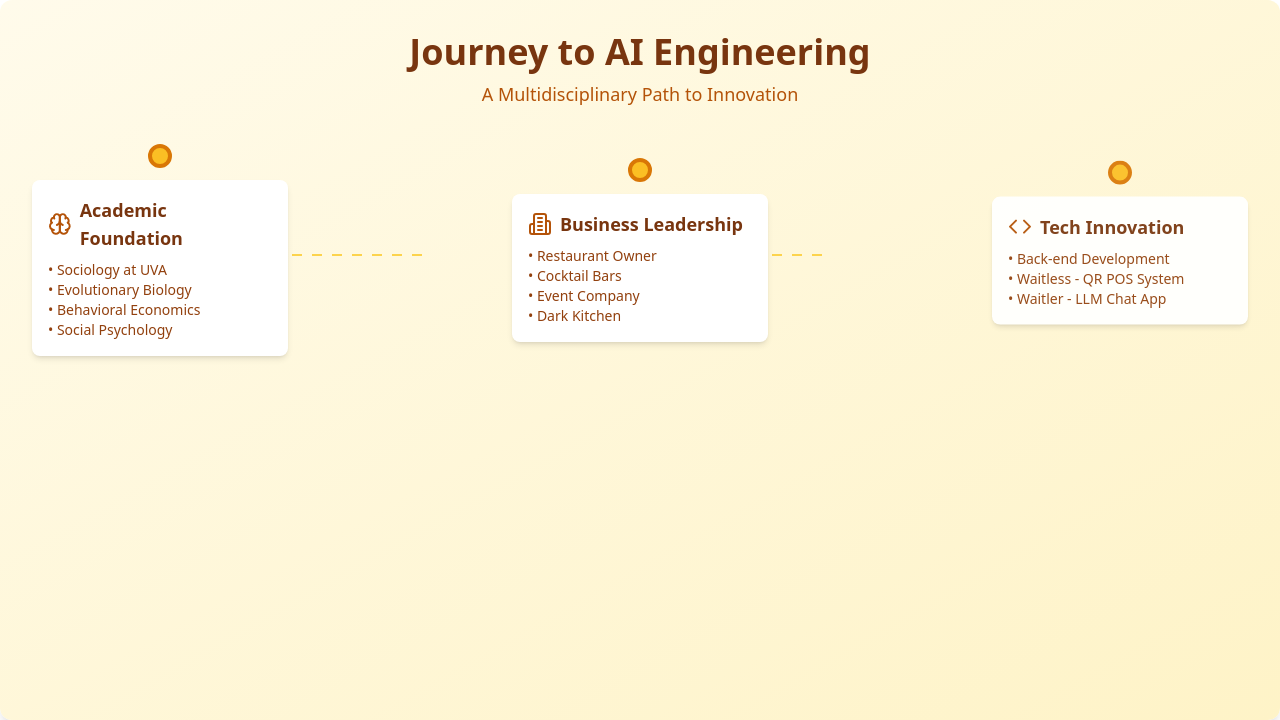
Repository: Galbaz1/dell_presentation
Page: /
An editor plug-in stored every save of this project. The page is shown before and after a run of saves, followed by the edit.
The browser window is 1280 px wide. The pictures show the whole page.
The project was rebuilt for these pictures with package versions that can differ from the ones it lists, and the page was loaded fresh each time. The framework's server and built-in components were replaced by stand-ins that run in the browser.

Above is the page before, as saved 2024-11-11 12:07:28.

After the next 2 saves:
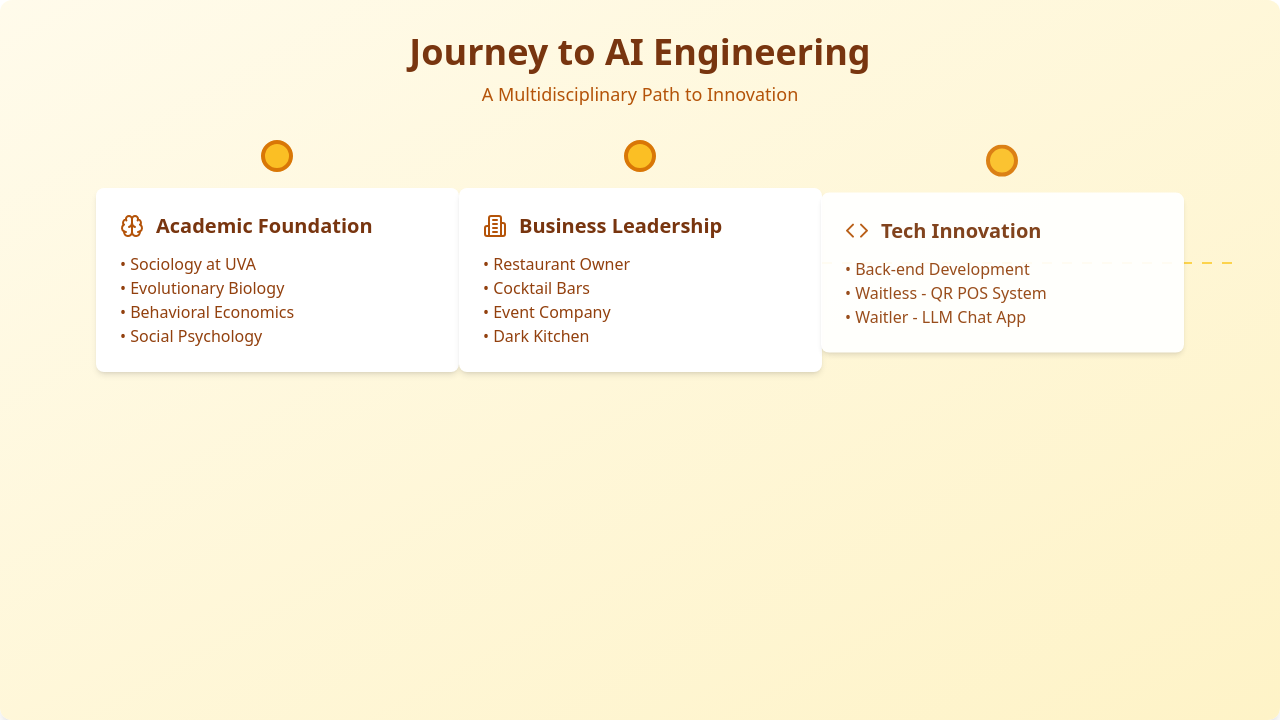
The 2 saves are shown as one change because they came seconds apart.
The last was saved 2 min 16 s later.
--- a/pages/index.tsx
+++ b/pages/index.tsx
@@ -11,11 +11,11 @@ const SpeakerSlide: React.FC = () => {
       </div>
 
       {/* Timeline Journey */}
-      <div className="relative mb-16">
+      <div className="relative mb-16 mx-auto max-w-[1400px]">
         {/* Connecting Lines */}
         <svg className="absolute top-1/2 left-0 w-full h-1" style={{ transform: 'translateY(-50%)' }}>
           <path
-            d="M100 0 L400 0"
+            d="M150 0 L600 0"
             className="footsteps-path footsteps-animation-1"
             stroke="#fcd34d"
             strokeWidth="4"
@@ -23,7 +23,7 @@ const SpeakerSlide: React.FC = () => {
             strokeDasharray="10"
           />
           <path
-            d="M500 0 L800 0"
+            d="M750 0 L1200 0"
             className="footsteps-path footsteps-animation-2"
             stroke="#fcd34d"
             strokeWidth="4"
@@ -33,17 +33,17 @@ const SpeakerSlide: React.FC = () => {
         </svg>
 
         {/* Journey Stations */}
-        <div className="relative flex justify-between items-center">
+        <div className="relative flex justify-between items-center px-16">
           {/* Academic Foundation */}
-          <div className="w-64 relative fall-animation">
-            <div className="absolute -top-3 left-1/2 transform -translate-x-1/2">
-              <div className="w-6 h-6 rounded-full bg-amber-400 border-4 border-amber-600" />
+          <div className="w-96 relative fall-animation">
+            <div className="absolute -top-4 left-1/2 transform -translate-x-1/2">
+              <div className="w-8 h-8 rounded-full bg-amber-400 border-4 border-amber-600" />
             </div>
-            <div className="bg-white p-4 rounded-lg shadow-md mt-6">
-              <h2 className="text-lg font-semibold text-amber-900 mb-2 flex items-center">
-                <Brain className="mr-2 text-amber-700" /> Academic Foundation
+            <div className="bg-white p-6 rounded-lg shadow-md mt-8">
+              <h2 className="text-xl font-semibold text-amber-900 mb-3 flex items-center">
+                <Brain className="mr-3 text-amber-700 w-6 h-6" /> Academic Foundation
               </h2>
-              <ul className="text-sm text-amber-800">
+              <ul className="text-base text-amber-800">
                 <li>• Sociology at UVA</li>
                 <li>• Evolutionary Biology</li>
                 <li>• Behavioral Economics</li>
@@ -53,15 +53,15 @@ const SpeakerSlide: React.FC = () => {
           </div>
 
           {/* Business Experience */}
-          <div className="w-64 relative fall-animation fall-animation-delay-1">
-            <div className="absolute -top-3 left-1/2 transform -translate-x-1/2">
-              <div className="w-6 h-6 rounded-full bg-amber-400 border-4 border-amber-600" />
+          <div className="w-96 relative fall-animation fall-animation-delay-1">
+            <div className="absolute -top-4 left-1/2 transform -translate-x-1/2">
+              <div className="w-8 h-8 rounded-full bg-amber-400 border-4 border-amber-600" />
             </div>
-            <div className="bg-white p-4 rounded-lg shadow-md mt-6">
-              <h2 className="text-lg font-semibold text-amber-900 mb-2 flex items-center">
-                <Building2 className="mr-2 text-amber-700" /> Business Leadership
+            <div className="bg-white p-6 rounded-lg shadow-md mt-8">
+              <h2 className="text-xl font-semibold text-amber-900 mb-3 flex items-center">
+                <Building2 className="mr-3 text-amber-700 w-6 h-6" /> Business Leadership
               </h2>
-              <ul className="text-sm text-amber-800">
+              <ul className="text-base text-amber-800">
                 <li>• Restaurant Owner</li>
                 <li>• Cocktail Bars</li>
                 <li>• Event Company</li>
@@ -71,15 +71,15 @@ const SpeakerSlide: React.FC = () => {
           </div>
 
           {/* Tech Innovation */}
-          <div className="w-64 relative fall-animation fall-animation-delay-2">
-            <div className="absolute -top-3 left-1/2 transform -translate-x-1/2">
-              <div className="w-6 h-6 rounded-full bg-amber-400 border-4 border-amber-600" />
+          <div className="w-96 relative fall-animation fall-animation-delay-2">
+            <div className="absolute -top-4 left-1/2 transform -translate-x-1/2">
+              <div className="w-8 h-8 rounded-full bg-amber-400 border-4 border-amber-600" />
             </div>
-            <div className="bg-white p-4 rounded-lg shadow-md mt-6">
-              <h2 className="text-lg font-semibold text-amber-900 mb-2 flex items-center">
-                <Code className="mr-2 text-amber-700" /> Tech Innovation
+            <div className="bg-white p-6 rounded-lg shadow-md mt-8">
+              <h2 className="text-xl font-semibold text-amber-900 mb-3 flex items-center">
+                <Code className="mr-3 text-amber-700 w-6 h-6" /> Tech Innovation
               </h2>
-              <ul className="text-sm text-amber-800">
+              <ul className="text-base text-amber-800">
                 <li>• Back-end Development</li>
                 <li>• Waitless - QR POS System</li>
                 <li>• Waitler - LLM Chat App</li>
@@ -90,31 +90,31 @@ const SpeakerSlide: React.FC = () => {
       </div>
 
       {/* Current Roles Synergy Circle */}
-      <div className="relative max-w-2xl mx-auto mt-20">
-        <div className="flex justify-between items-center synergy-animation">
+      <div className="relative max-w-[1200px] mx-auto mt-24">
+        <div className="flex justify-between items-center synergy-animation px-16">
           {/* AI Engineering Role */}
-          <div className="w-80 bg-white p-6 rounded-lg shadow-md border-2 border-amber-400">
-            <h2 className="text-xl font-semibold text-amber-900 mb-2 flex items-center">
-              <Brain className="mr-2 text-amber-700" /> AI Engineering
+          <div className="w-[480px] bg-white p-8 rounded-lg shadow-md border-2 border-amber-400">
+            <h2 className="text-2xl font-semibold text-amber-900 mb-3 flex items-center">
+              <Brain className="mr-3 text-amber-700 w-6 h-6" /> AI Engineering
             </h2>
-            <p className="text-sm text-amber-800">
+            <p className="text-base text-amber-800">
               Freelance AI solutions architect combining technical expertise with business acumen
             </p>
           </div>
 
           {/* AI Builders Role */}
-          <div className="w-80 bg-white p-6 rounded-lg shadow-md border-2 border-amber-400">
-            <h2 className="text-xl font-semibold text-amber-900 mb-2 flex items-center">
-              <Users className="mr-2 text-amber-700" /> AI Builders Club
+          <div className="w-[480px] bg-white p-8 rounded-lg shadow-md border-2 border-amber-400">
+            <h2 className="text-2xl font-semibold text-amber-900 mb-3 flex items-center">
+              <Users className="mr-3 text-amber-700 w-6 h-6" /> AI Builders Club
             </h2>
-            <p className="text-sm text-amber-800">
+            <p className="text-base text-amber-800">
               Community lead fostering AI innovation in Amsterdam, Rotterdam, and Berlin
             </p>
           </div>
         </div>
 
         {/* Synergy Arrows */}
-        <div className="absolute top-1/2 left-1/2 transform -translate-x-1/2 -translate-y-1/2 w-20 h-20 synergy-animation">
+        <div className="absolute top-1/2 left-1/2 transform -translate-x-1/2 -translate-y-1/2 w-28 h-28 synergy-animation">
           <div className="relative w-full h-full">
             <RefreshCcw className="w-full h-full text-amber-600 animate-spin-slow" />
             <div className="absolute top-1/2 left-1/2 transform -translate-x-1/2 -translate-y-1/2 text-xs text-amber-800 font-semibold bg-white px-2 rounded">
